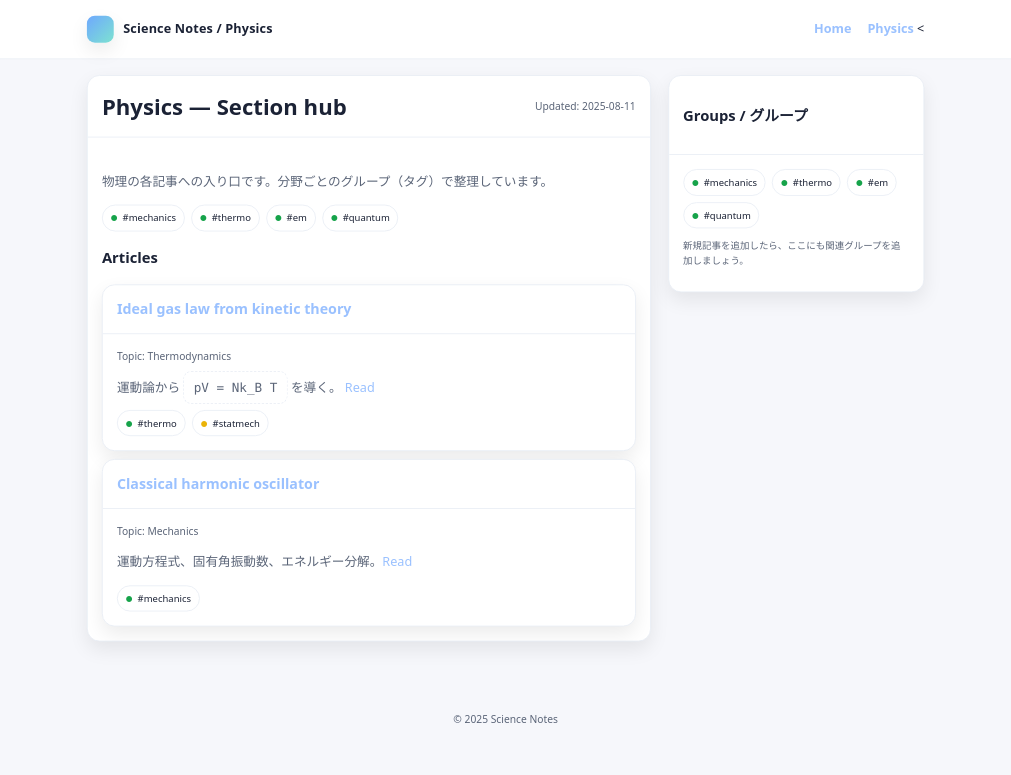
Repository: Riki-Mochimaru/tureduretunedune
Page: physics/index.html
These files come from the project's save history. The page is drawn as it stood at one moment and after the next save; the edit follows.
The browser window is 1280 px wide. The pictures show the whole page, at 79% of full size.

Above is the page before, as saved 2025-08-11 20:11:49.

### physics/index.html
<!-- ===============================
     FILE 1: physics/index.html — Physics section hub
     Save this as: /physics/index.html
     (American English in code comments; British English in visible prose.)
================================== -->
<!DOCTYPE html>
<html lang="ja">
<head>
  <meta charset="utf-8" />
  <meta name="viewport" content="width=device-width, initial-scale=1" />
  <title>Physics — Science Notes</title>
  <link rel="stylesheet" href="../assets/styles.css"><!-- shared CSS -->
</head>
<body>
  <header class="site">
    <div class="shell row">
      <div class="brand"><div class="brand-badge"></div><div>Science Notes / Physics</div></div>
      <nav>
        <a href="../">Home</a>
        <a href="./">Physics</a>
        <
      </nav>
    </div>
  </header>

  <main class="shell">
    <section class="grid" aria-label="Physics articles and sidebar">
      <div>
        <article class="card post">
          <div class="hd">
            <h2>Physics — Section hub</h2>
            <div class="meta"><span>Updated: <time datetime="2025-08-11">2025‑08‑11</time></span></div>
          </div>
          <div class="bd">
            <p class="lead">物理の各記事への入り口です。分野ごとのグループ（タグ）で整理しています。</p>
            <div class="tags">
              <span class="tag" data-g="phys">#mechanics</span>
              <span class="tag" data-g="phys">#thermo</span>
              <span class="tag" data-g="phys">#em</span>
              <span class="tag" data-g="phys">#quantum</span>
            </div>

            <!-- Article list (add more <article> blocks or <li> items) -->
            <h3>Articles</h3>
            <div class="list">
              <article class="card">
                <div class="hd"><h2 style="font-size:18px; margin:0;">
                  <a href="ideal-gas-law/">Ideal gas law from kinetic theory</a>
                </h2></div>
                <div class="bd">
                  <div class="meta"><span>Topic: Thermodynamics</span></div>
                  <p class="lead">運動論から <span class="math">pV = Nk_B T</span> を導く。
                    <a href="ideal-gas-law/">Read</a></p>
                  <div class="tags"><span class="tag" data-g="phys">#thermo</span><span class="tag" data-g="stats">#statmech</span></div>
                </div>
              </article>

              <article class="card">
                <div class="hd"><h2 style="font-size:18px; margin:0;">
                  <a href="harmonic-oscillator/">Classical harmonic oscillator</a>
                </h2></div>
                <div class="bd">
                  <div class="meta"><span>Topic: Mechanics</span></div>
                  <p class="lead">運動方程式、固有角振動数、エネルギー分解。<a href="harmonic-oscillator/">Read</a></p>
                  <div class="tags"><span class="tag" data-g="phys">#mechanics</span></div>
                </div>
              </article>
            </div>
          </div>
        </article>
      </div>

      <aside class="aside">
        <section class="card">
          <div class="hd"><h3>Groups / グループ</h3></div>
          <div class="bd">
            <div class="tags">
              <span class="tag" data-g="phys">#mechanics</span>
              <span class="tag" data-g="phys">#thermo</span>
              <span class="tag" data-g="phys">#em</span>
              <span class="tag" data-g="phys">#quantum</span>
            </div>
            <p class="hint">新規記事を追加したら、ここにも関連グループを追加しましょう。</p>
          </div>
        </section>
      </aside>
    </section>
  </main>

  <footer class="site"><div class="shell">© 2025 Science Notes</div></footer>

  <!-- MathJax (enable TeX rendering if you use TeX on this page) -->
  <script>
    window.MathJax = { tex: { inlineMath: [['$','$'], ['\\(','\\)']], displayMath: [['$$','$$'], ['\\[','\\]']] }, options: { renderActions: { addMenu: [] } } };
  </script>
  <script src="https://cdn.jsdelivr.net/npm/mathjax@3/es5/tex-mml-chtml.js" async></script>
</body>
</html>

### assets/styles.css
/* styles.css — Science Notes
   House style: British English prose; American English in code comments.
*/

/* =========================
   Design tokens
   ========================= */
   :root {
    --bg: #0b0c10;
    --surface: #0f1117;
    --card: #121520;
    --text: #e8ecf8;
    --subtle: #9aa3b2;
    --border: #1e2636;
    --brand: #6ea8fe;
    --accent: #7de2d1;
    --warn: #ffd166;
    --danger: #ff6b6b;
    --radius: 16px;
    --shadow: 0 10px 24px rgba(0,0,0,.35), 0 1px 0 rgba(255,255,255,.04) inset;
    --font-sans: ui-sans-serif, system-ui, -apple-system, Segoe UI, Roboto, Noto Sans JP, "Helvetica Neue", Arial;
    --font-mono: ui-monospace, SFMono-Regular, Menlo, Monaco, Consolas, "Liberation Mono", monospace;
  }
  @media (prefers-color-scheme: light) {
    :root {
      --bg: #f6f7fb; --surface: #ffffff; --card: #ffffff; --text: #1b2235; --subtle: #5b6578; --border: #e7ecf4;
      --shadow: 0 10px 24px rgba(0,0,0,.08);
    }
  }

  /* Base */
  *, *::before, *::after { box-sizing: border-box; }
  html, body { height: 100%; }
  body { margin: 0; font-family: var(--font-sans); background: var(--bg); color: var(--text); line-height: 1.6; }
  /* Accessible link look */
  a { color: #9ac1ff; text-decoration: none; }
  a:hover { text-decoration: underline; }

  /* Header */
  header.site { position: sticky; top: 0; z-index: 10; background: color-mix(in oklab, var(--surface) 92%, transparent); border-bottom: 1px solid var(--border); backdrop-filter: blur(6px); }
  .shell { max-width: 1100px; margin: 0 auto; padding: 20px; }
  .row { display: grid; grid-template-columns: 1fr auto; align-items: center; gap: 16px; }
  .brand { display: flex; align-items: center; gap: 12px; font-weight: 800; letter-spacing: .2px; }
  .brand-badge { width: 34px; height: 34px; border-radius: 10px; background: linear-gradient(135deg, var(--brand), var(--accent)); box-shadow: var(--shadow); }
  nav a { margin-left: 16px; font-weight: 600; }

  /* Layout */
  main { padding-top: 10px; }
  .grid { display: grid; grid-template-columns: 2.2fr 1fr; gap: 22px; align-items: start; }
  @media (max-width: 980px) { .grid { grid-template-columns: 1fr; } }

  /* Cards */
  .card { background: var(--card); border: 1px solid var(--border); border-radius: var(--radius); box-shadow: var(--shadow); overflow: clip; }
  .card .hd { padding: 16px 18px; border-bottom: 1px solid var(--border); display:flex; align-items:center; justify-content: space-between; }
  .card .bd { padding: 18px; }

  /* Tag/Group chips */
  .tags { display:flex; flex-wrap: wrap; gap: 8px; }
  .tag { --c: #334155; color: var(--text); font-size: 12px; padding: 6px 10px; border: 1px solid var(--border); border-radius: 999px; background: color-mix(in oklab, var(--card) 88%, transparent); }
  .tag[data-g="math"]   { --c: #2563eb; }
  .tag[data-g="phys"]   { --c: #16a34a; }
  .tag[data-g="cs"]     { --c: #a855f7; }
  .tag[data-g="stats"]  { --c: #eab308; }
  .tag[data-g="ethics"] { --c: #ef4444; }
  .tag::before { content: "●"; font-size: 10px; margin-right: 6px; color: var(--c); }

  /* Article */
  article.post { display: grid; gap: 10px; }
  article.post h2 { margin: 0; font-size: clamp(20px, 2.6vw, 28px); }
  .meta { color: var(--subtle); font-size: 13px; display:flex; gap: 12px; flex-wrap: wrap; }
  .lead { color: var(--subtle); }

  /* Math blocks (TeX text before JS render) */
  .math { font-family: var(--font-mono); background: color-mix(in oklab, var(--card) 90%, transparent); border: 1px dashed var(--border); border-radius: 10px; padding: 10px 12px; overflow:auto; }
  .eqno { float: right; color: var(--subtle); margin-left: 8px; }

  /* Comment UI (static) */
  .comments { margin-top: 8px; border-top: 1px dashed var(--border); padding-top: 10px; }
  .comment { display: grid; grid-template-columns: 40px 1fr; gap: 10px; padding: 12px 0; }
  .comment + .comment { border-top: 1px dashed var(--border); }
  .avatar { width: 40px; height: 40px; border-radius: 50%; background: linear-gradient(135deg, var(--brand), var(--accent)); display:grid; place-items:center; font-weight: 800; color: #0008; }
  .who { font-weight: 700; }
  .when { color: var(--subtle); font-size: 12px; }

  /* Simple form look (non-functional without JS/backend) */
  .form { display: grid; gap: 10px; background: color-mix(in oklab, var(--card) 90%, transparent); border: 1px solid var(--border); border-radius: 12px; padding: 12px; }
  .input, .textarea { width: 100%; padding: 10px 12px; border-radius: 10px; border: 1px solid var(--border); background: var(--surface); color: var(--text); outline: none; }
  .input:focus, .textarea:focus { box-shadow: 0 0 0 6px #2a5fff33; }
  .btn { display: inline-flex; align-items: center; justify-content: center; gap: 8px; padding: 10px 14px; font-weight: 700; border-radius: 10px; border: 1px solid var(--border); background: linear-gradient(180deg, var(--brand), #4d86f7); color: #fff; cursor: not-allowed; opacity: .8; }
  .hint { font-size: 12px; color: var(--subtle); }

  /* Aside */
  .aside .card + .card { margin-top: 18px; }
  .list { display: grid; gap: 10px; }

  /* Footer */
  footer.site { margin-top: 28px; color: var(--subtle); font-size: 13px; text-align: center; padding: 20px 0 40px; }

  /* Print */
  @media print {
    header.site, footer.site { display:none; }
    .card { box-shadow: none; border-color: #ccc; }
    a { color: #000; text-decoration: none; }
  }

After the next save:
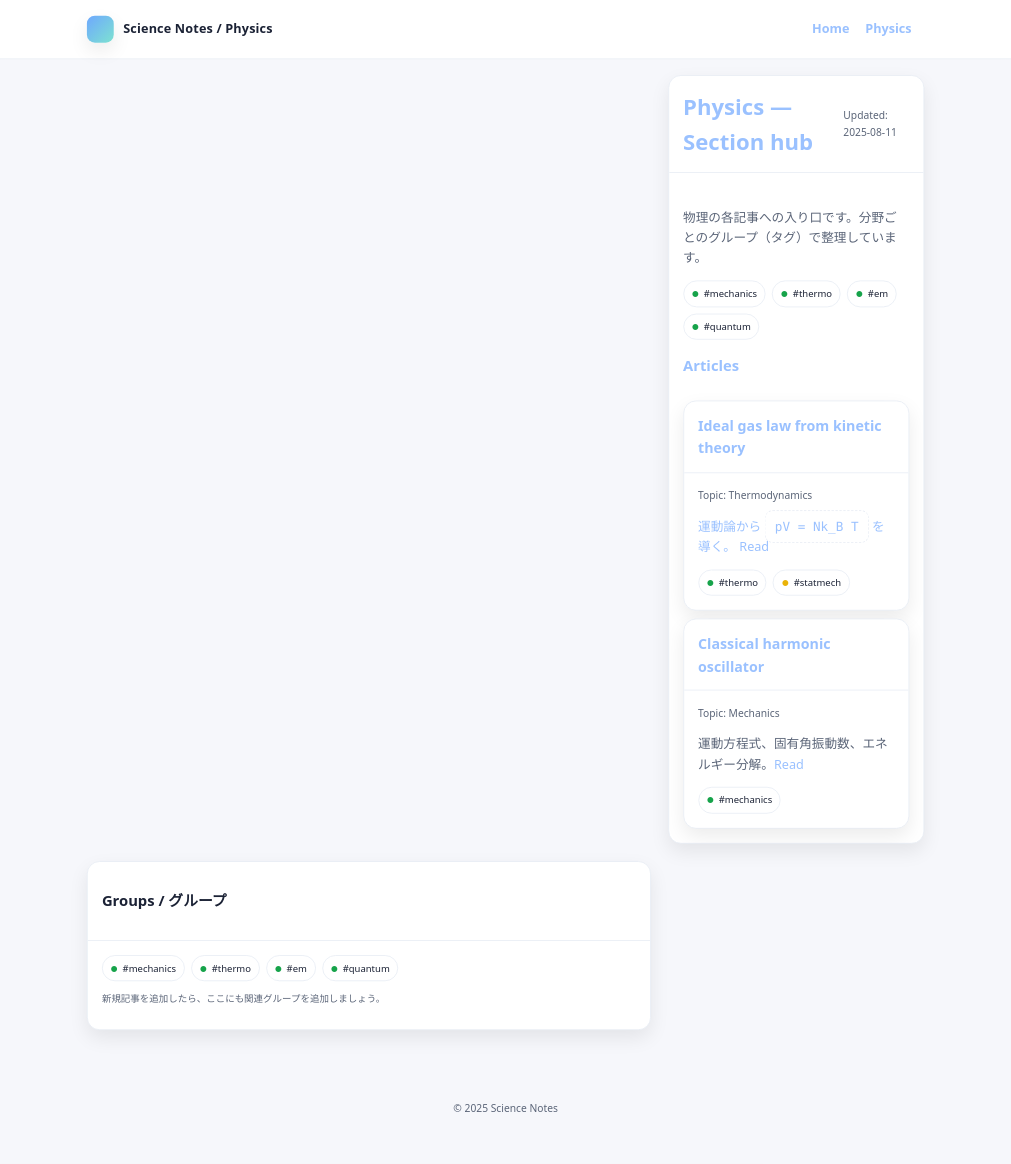
Saved 4 s later.
--- a/physics/index.html
+++ b/physics/index.html
@@ -18,7 +18,7 @@
       <nav>
         <a href="../">Home</a>
         <a href="./">Physics</a>
-        <
+        <a href=""
       </nav>
     </div>
   </header>

After the 3 saves that followed:
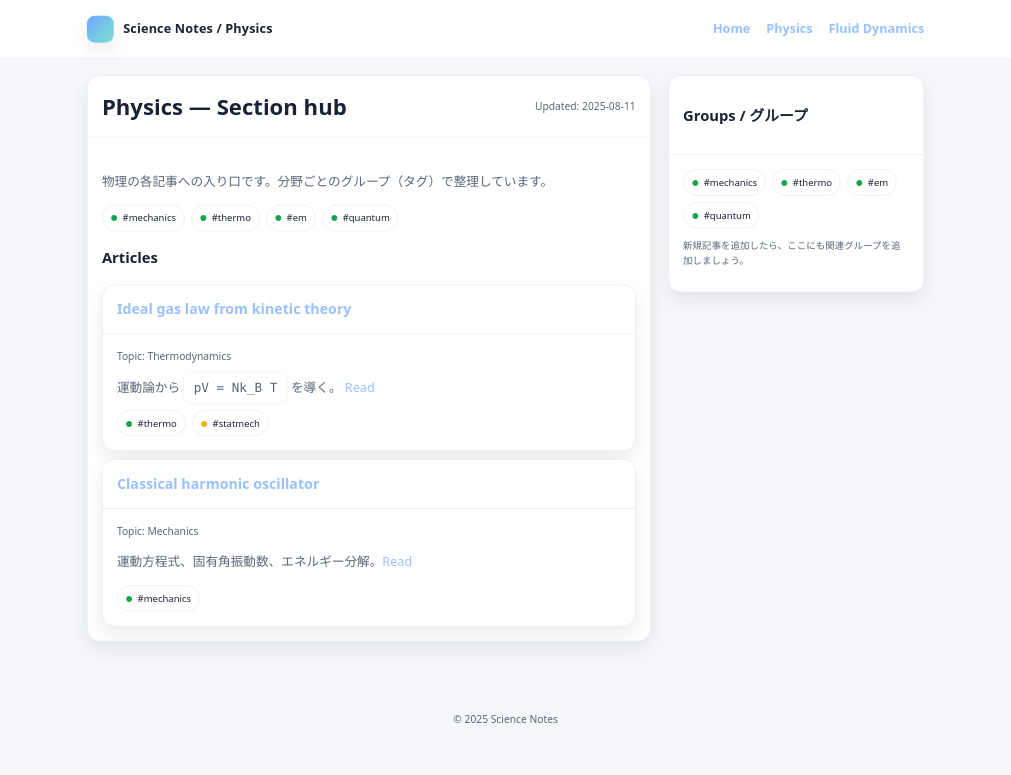
The 3 saves are shown as one change because they came seconds apart.
The last was saved 16 s later.
--- a/physics/index.html
+++ b/physics/index.html
@@ -18,7 +18,7 @@
       <nav>
         <a href="../">Home</a>
         <a href="./">Physics</a>
-        <a href=""
+        <a href="Fluid Dynamics/">Fluid Dynamics</a>
       </nav>
     </div>
   </header>
